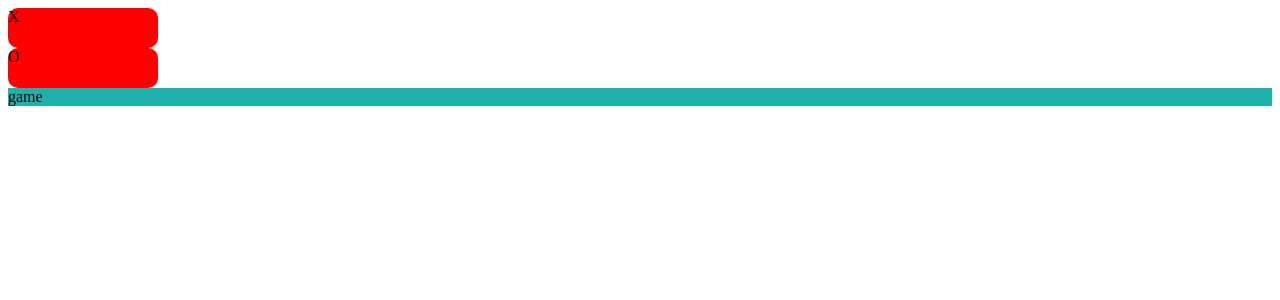
Repository: vahid242/viGame
Page: http://localhost/tic-tac-toe
The author's editor kept a record of every edit. The page is drawn from the files as they stood at one moment, then again after the next edit.
The browser window is 1280 px wide. The pictures show the whole page.
The page is served by the project's Node server (v1/app.js).

Above is the page before.

### v1/views/tic.ejs
<!DOCTYPE html>
<html>
    <head>
        <title>Page Title</title>
        <link rel="stylesheet" href="/tic.css">
    </head>
    <body>
        <div class="container">

            <div class="upside">
                <div class="choose">
                    <div id="xChose">X</div>
                    <div id="oChose">O</div>
                </div>
            </div>

            <div class="downside">
                <div>game</div>
            </div>
        </div>
    </body>
</html>

### v1/app.js
var express = require("express");
var app = express();

app.set("view engine", "ejs");
app.use(express.static("public"));

app.get("/", function(req, res){
    res.render("home");
});

app.get("/tic-tac-toe", function(req, res){
    res.render("tic");
});

app.listen(process.env.PORT, process.env.IP, function(){
    console.log("The server has started");
});

### v1/public/tic.css
/*body{*/

/*}*/

/*.choose{*/
/*    display: flex;*/
/*    justify-content: center;*/
/*}*/

#xChose{
    background-color: red;
    width: 150px;
    height: 40px;
    border-radius: 10px;
}
#oChose{
    background-color: red;
    width: 150px;
    height: 40px;
    border-radius: 10px;
}
.downside{
    background-color:#20B2AA;
    margin-bottom: 0;
}

After the next edit:
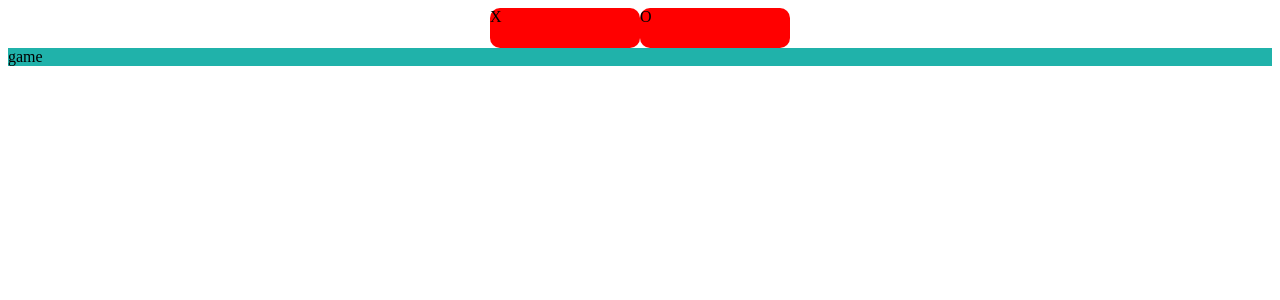
The edit:
--- a/v1/public/tic.css
+++ b/v1/public/tic.css
@@ -2,10 +2,10 @@
 
 /*}*/
 
-/*.choose{*/
-/*    display: flex;*/
-/*    justify-content: center;*/
-/*}*/
+.choose{
+    display: flex;
+    justify-content: center;
+}
 
 #xChose{
     background-color: red;
